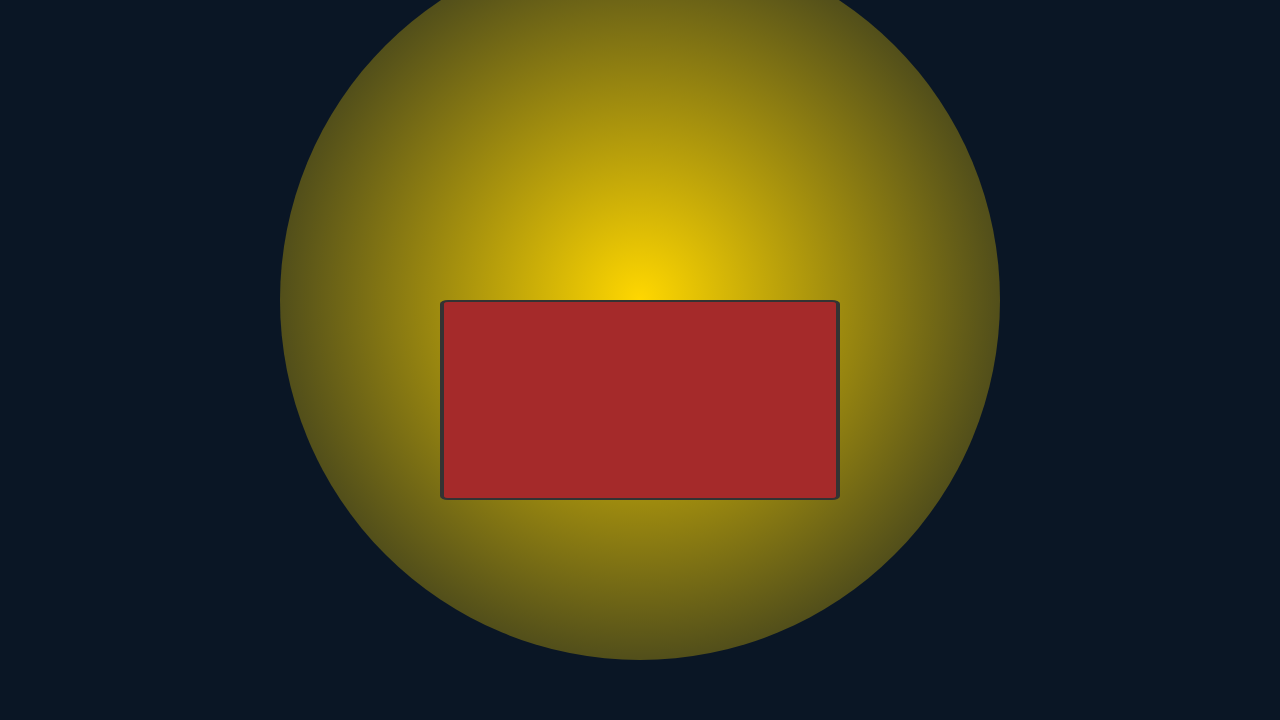
Repository: Lukatoshi/League-of-legends
Page: Ornn/index.html
These files come from the project's save history. The page is drawn as it stood at one moment and after a run of saves; the edit follows.
The browser window is 1280 px wide. The pictures show the whole page.

Above is the page before, as saved 2025-05-11 19:15:53.

### Ornn/index.html
<!DOCTYPE html>
<html lang="pt">

<head>
    <meta charset="UTF-8">
    <meta name="viewport" content="width=device-width, initial-scale=1.0">
    <link rel="stylesheet" href="/Ornn/src/css/bau-animation.css">
    <link rel="stylesheet" href="/Ornn/src/css/style.css">
    <title>League of Leagens - Ornn</title>
</head>

<body>
    <div class="fundo-bau">
        <div class="bau-container">
            <div class="bau tampado"></div>
            <div class="luz"></div>
        </div>
    </div>
    <main>

    </main>
</body>
<script src="/Ornn/src/js/animacao-bau.js"></script>

</html>

### Ornn/src/css/bau-animation.css
.fundo-bau{
    top: 0;
    position: fixed;
    padding: 0;
    margin: 0;
    height: 70vw;
    background-color: #0A1625 ;
    width: 100%;
}
.bau-container{
    position: relative;
    width: 400px;
    height: 400px;
    margin: 100px auto;
}

.bau{
    width: 100%;
    height: 100%;
    background: brown;
    border: 4px solid #333;
    border-radius: 8px;
    position: relative;
    transform-origin: bottom center;
    transition: transform 1s ease-in-out;
}

.bau.abrindo{
    transform: rotateX(60deg);
}

.luz{
    position: absolute;
    top: 50%;
    left: 50%;
    width: 150%;
    height: 150%;
    background: radial-gradient(circle, gold, transparent);
    opacity: 0;
    transform: translate(-50%, -50%) scale(0.8);
    transition: opacity 0.5s ease, trasnform 0.5s ease;
    border-radius: 50%;
    z-index: -1;
}

.bau.abrindo ~ .luz{
    opacity: 1;
    transform: translate(-50%, -50%) scale(1.2);
}

### Ornn/src/css/style.css
*{
    margin: 0;
    padding: 0;
    box-sizing: border-box;

}
body, html{
    height: 100%;
}

### Ornn/src/js/animacao-bau.js
window.addEventListener('DOMContentLoaded', () => {
    setTimeout(() =>{
        document.querySelector('.bau').classList.add('abrindo');
    }, 500);
});

After the next 5 saves:
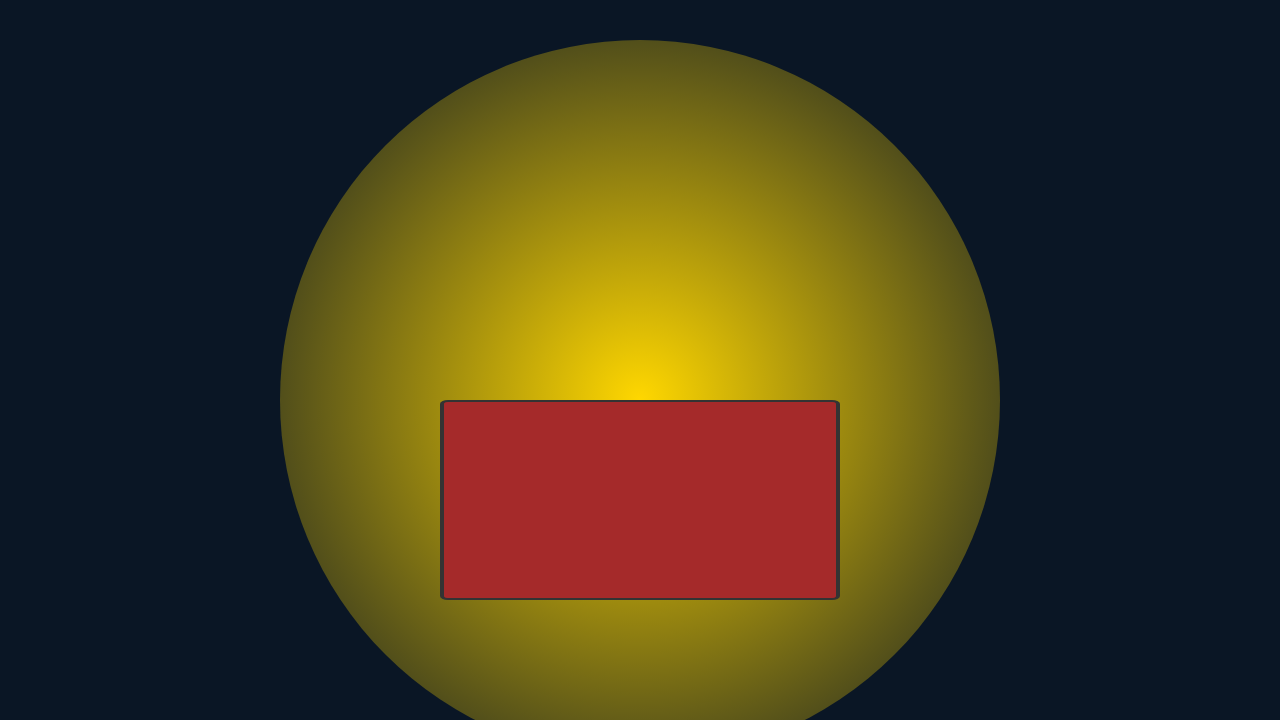
The 5 saves are shown as one change because they came seconds apart.
The last was saved 14 s later.
--- a/Ornn/src/css/bau-animation.css
+++ b/Ornn/src/css/bau-animation.css
@@ -11,7 +11,7 @@
     position: relative;
     width: 400px;
     height: 400px;
-    margin: 100px auto;
+    margin: 200px auto;
 }
 
 .bau{
